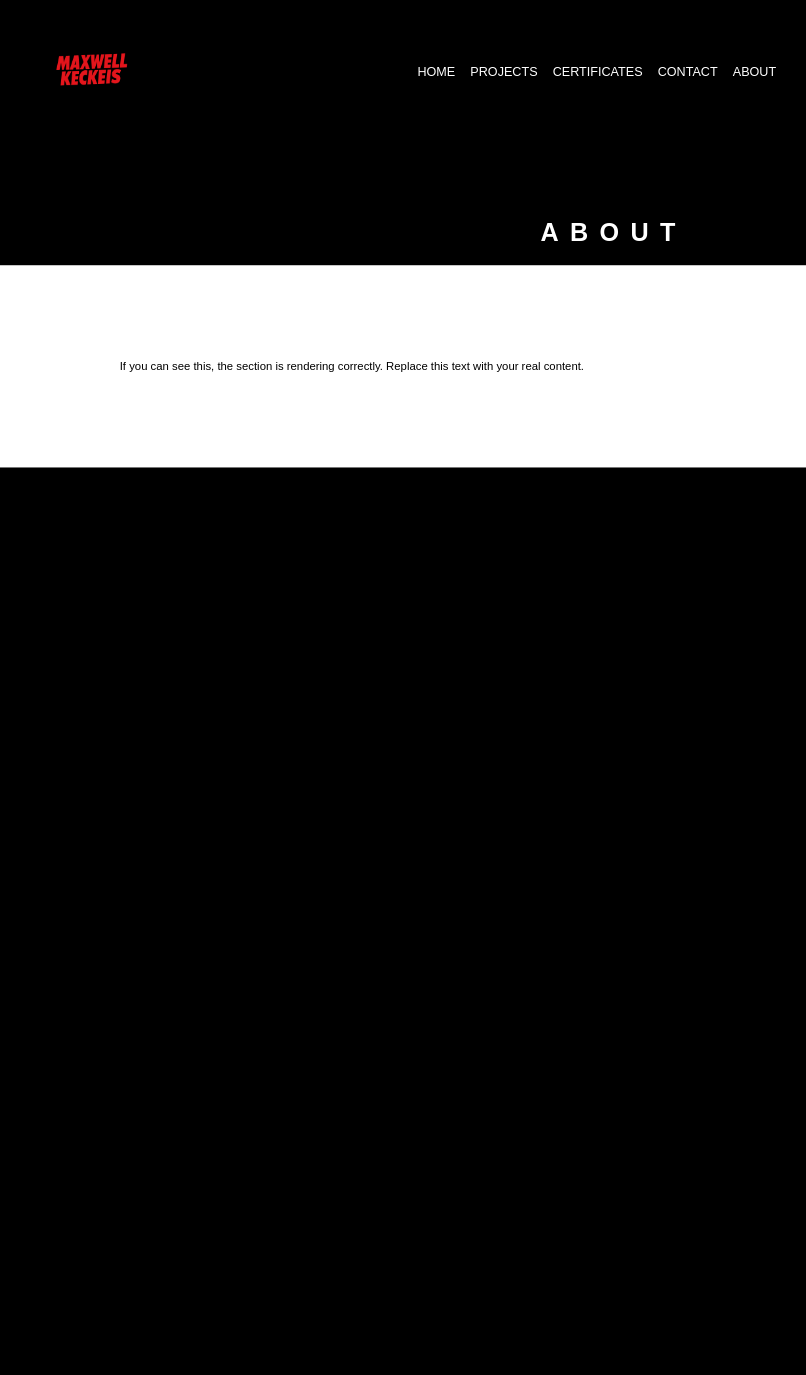
Repository: Maxwell-Keckeis/Maxwell-Keckeis.github.io
Page: about.html
These files come from the project's save history. The page is drawn as it stood at one moment and after the next save; the edit follows.
The browser window is 1280 px wide. The pictures show the whole page, at 63% of full size.
Some web fonts or font styles are not loaded; a fallback is used.

Above is the page before, as saved 2026-02-06 16:28:38.

After the next save:
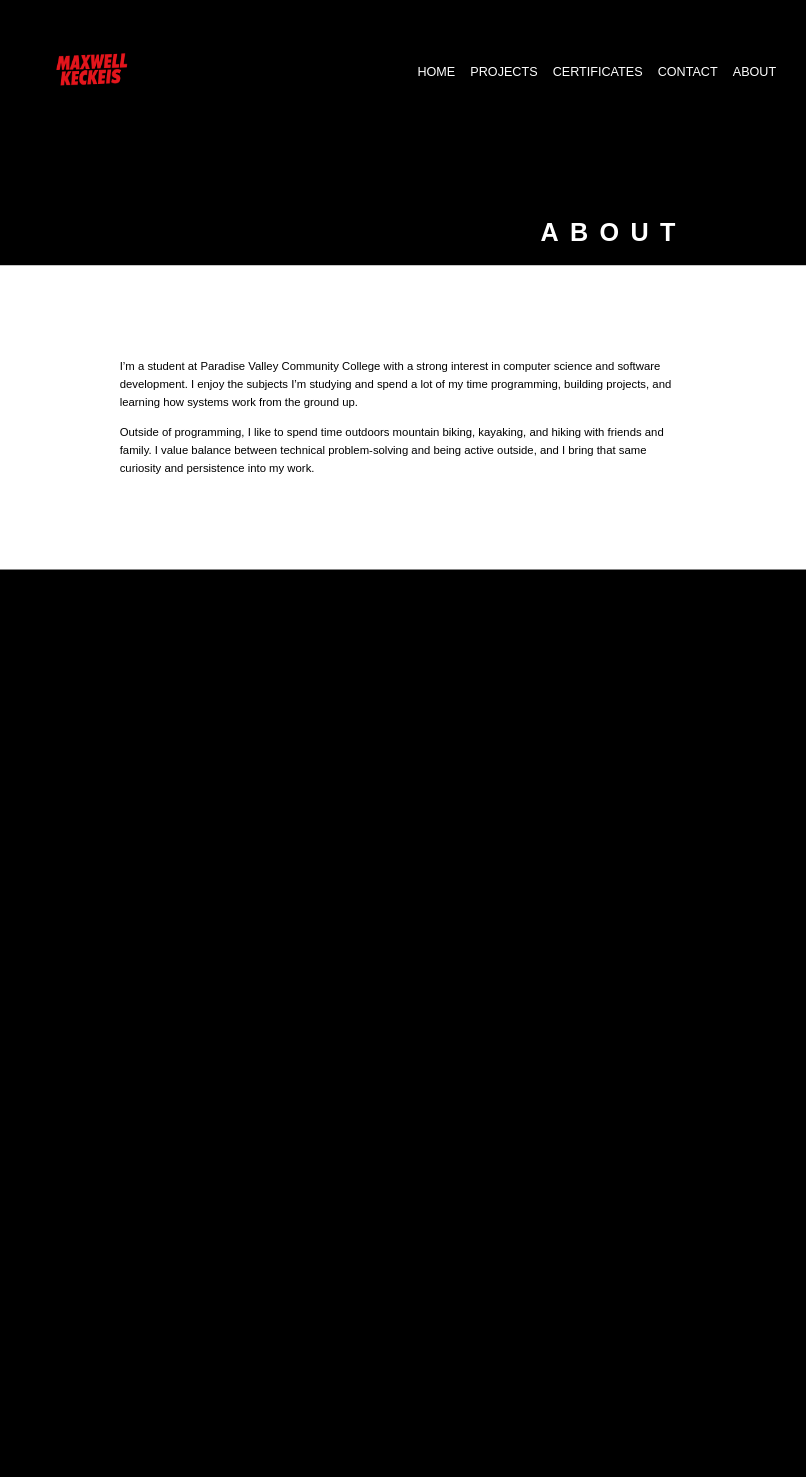
Saved 4 min 9 s later.
--- a/about.html
+++ b/about.html
@@ -38,7 +38,17 @@
         <section class="about-section">
             <div class="about-content">
                     <p>
-                        If you can see this, the section is rendering correctly. Replace this text with your real content.
+                       I’m a student at Paradise Valley Community College with a strong interest
+                       in computer science and software development. I enjoy the subjects I’m
+                       studying and spend a lot of my time programming, building projects, and
+                       learning how systems work from the ground up.
+                    </p>
+
+                    <p>
+                       Outside of programming, I like to spend time outdoors mountain biking,
+                       kayaking, and hiking with friends and family. I value balance between
+                       technical problem-solving and being active outside, and I bring that
+                       same curiosity and persistence into my work.
                     </p>
             </div>
         </section>
